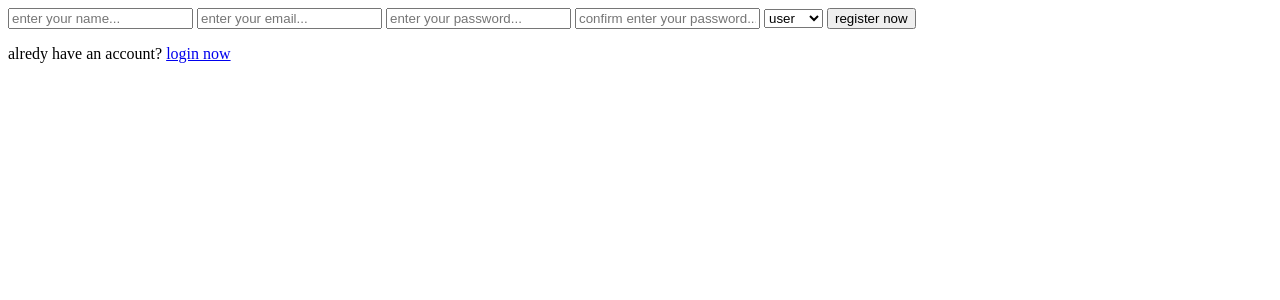
Repository: yennobita/FPT-PHP1
Page: http://localhost/user/register_form.php
An editor plug-in stored every save of this project. The page is shown before and after the next save, followed by the edit.
The browser window is 1280 px wide. The pictures show the whole page.
The page is run by PHP 8.4 with error messages shown; the project is at /var/www/html/.

Above is the page before, as saved 2022-07-24 21:19:01.

After the next save:
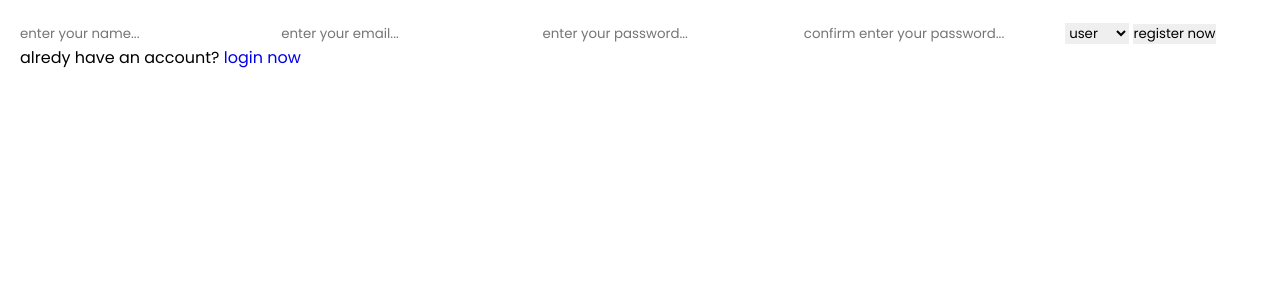
Saved 60 s later.
--- a/ASM_PHP1/user/register_form.php
+++ b/ASM_PHP1/user/register_form.php
@@ -5,6 +5,26 @@
     <meta http-equiv="X-UA-Compatible" content="IE=edge">
     <meta name="viewport" content="width=device-width, initial-scale=1.0">
     <title>Form-container</title>
+    <style>
+    @import url("https://fonts.googleapis.com/css2?family=Poppins:wght@100;200;300;400;500;600&display=swap");
+    * {
+       font-family: "Poppins", sans-serif;
+       margin: 0;
+       padding: 0;
+       box-sizing: border-box;
+       outline: none;
+       border: none;
+       text-decoration: none;
+    }
+    .form-container {
+        min-height: 100vh;
+        display: inline-block;
+        align-items: center;
+        justify-content: center;
+        padding: 20px;
+        padding-bottom: 60px;
+    }
+    </style>
 </head>
 <body>
     <div class="form-container">
